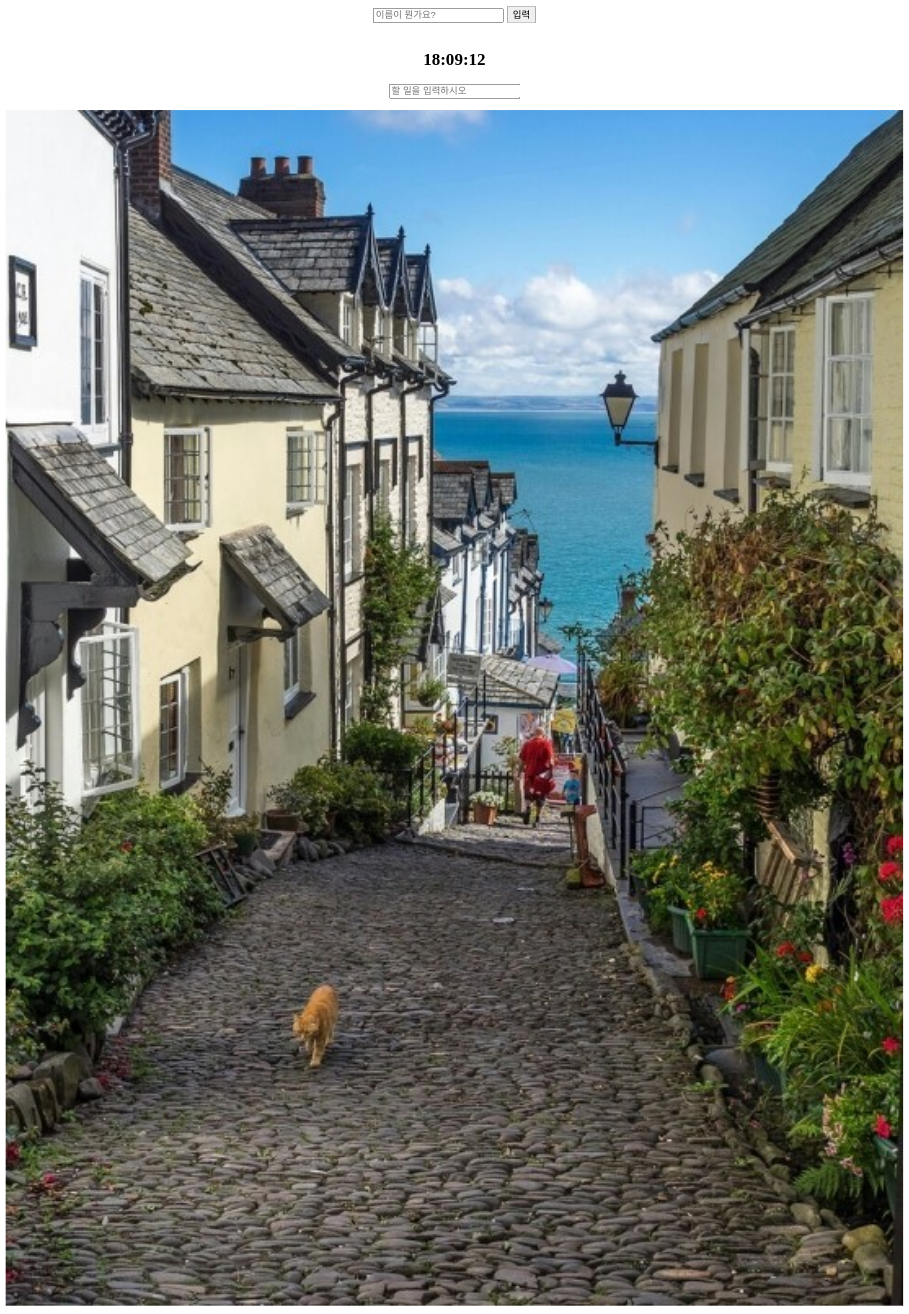
Repository: jun01270/F-E-practice
Page: index.html
These files come from the project's save history. The page is drawn as it stood at one moment and after the next save; the edit follows.
The browser window is 1280 px wide. The pictures show the whole page, at 71% of full size.

Above is the page before, as saved 2023-01-09 18:24:44.
Console error: TypeError: Cannot read properties of null (reading 'addEventListener')

### index.html
<!DOCTYPE html>
<html lang="en">
  <head>
    <meta charset="UTF-8" />
    <meta http-equiv="X-UA-Compatible" content="IE=edge" />
    <meta name="viewport" content="width=device-width, initial-scale=1.0" />
    <link rel="stylesheet" href="/css/style.css" />
    <title>Document</title>
  </head>
  <body>
    <div id="wrapper">
      <form id="userName-form" class="hidden">
        <input required type="text" placeholder="이름이 뭔가요?" />
        <input type="submit" value="입력" />
      </form>
      <br />
      <h2 id="clock">00:00:00</h2>
      <form id="todo-form">
        <input type="text" placeholder="할 일을 입력하시오" />
      </form>
      <ul id="todo-list"></ul>
      <div id="quote">
        <span></span>
        <span></span>
      </div>
    </div>
    <script src="/js/greeting.js"></script>
    <script src="/js/clock.js"></script>
    <script src="/js/quotes.js"></script>
    <script src="/js/background.js"></script>
    <script src="js/todo.js"></script>
    <script src="/js/weather.js"></script>
  </body>
</html>

### css/style.css
.hidden {
  display: none;
}

#background {
  width: 100%;
  height: 100%;
}

#wrapper {
  text-align: center;
}

### js/greeting.js
const userNameBtn = document.querySelector("#userName-form submit");
const userName = document.querySelector("#userName-form input");
const loginForm = document.querySelector("#userName-form");
const firstH1 = document.getElementById("result");
const SavedUserName = localStorage.getItem("username");
const HIDDEN_CLASSNAME = "hidden";
const toStart = document.querySelector("button.boom");

function loginResult(e) {
  e.preventDefault();
  loginForm.classList.add(HIDDEN_CLASSNAME);
  const userName1 = userName.value;
  localStorage.setItem("username", userName1);
  paintUserName();
}

function paintUserName() {
  const userName1 = localStorage.getItem("username");
  firstH1.innerText = `Hello ${userName1}`;
  firstH1.classList.remove(HIDDEN_CLASSNAME);
}

if (SavedUserName === null) {
  loginForm.classList.remove(HIDDEN_CLASSNAME);
  loginForm.addEventListener("submit", loginResult);
} else {
  paintUserName();
}

function deleteUserName() {
  localStorage.removeItem("username");
  location.reload();
}

toStart.addEventListener("click", deleteUserName);
console.log(toStart.className);

### js/clock.js
const clock = document.querySelector("h2#clock");

function getClock() {
  const date = new Date();
  let Hours = String(date.getHours()).padStart(2, "0");
  let Minutes = String(date.getMinutes()).padStart(2, "0");
  let Seconds = String(date.getSeconds()).padStart(2, "0");
  // console.log(`${date.getHours()}:${date.getMinutes()}:${date.getSeconds()}`);
  clock.innerText = `${Hours}:${Minutes}:${Seconds}`;
}

getClock();
setInterval(getClock, 1000);

### js/quotes.js
const quotes = [
  {
    quote: "삶이 있는 한 희망은 있다",
    author: "-키케로",
  },
  {
    quote: "산다는것 그것은 치열한 전투이다.",
    author: "-로망로랑",
  },
  {
    quote: "하루에 3시간을 걸으면 7년 후에 지구를 한바퀴 돌 수 있다. ",
    author: "-사무엘존슨",
  },
  {
    quote: "언제나 현재에 집중할수 있다면 행복할것이다. ",
    author: "-파울로 코엘료",
  },
  {
    quote:
      "진정으로 웃으려면 고통을 참아야하며 , 나아가 고통을 즐길 줄 알아야 해 ",
    author: "-찰리 채플린",
  },
  {
    quote: "직업에서 행복을 찾아라. 아니면 행복이 무엇인지 절대 모를 것이다 ",
    author: "-엘버트 허버드",
  },
  {
    quote: "신은 용기있는자를 결코 버리지 않는다 ",
    author: "-켄러",
  },
  {
    quote:
      "행복의 문이 하나 닫히면 다른 문이 열린다 그러나 우리는 종종 닫힌 문을 멍하니 바라보다가 우리를 향해 열린 문을 보지 못하게 된다 ",
    author: "–헬렌켈러",
  },
  {
    quote: "피할수 없으면 즐겨라 ",
    author: "–로버트 엘리엇",
  },
];
const quoteCount = quotes.length;
const quote = document.querySelector("#quote span:first-child");
const author = document.querySelector("#quote span:last-child");
const todaysQuote = quotes[Math.floor(Math.random() * quoteCount)];

function showQuote() {
  console.log(quotes[Math.floor(Math.random() * quoteCount)]);
  quote.innerText = todaysQuote.quote;
  author.innerText = todaysQuote.author;
}

// setInterval(showQuote, 1000);

### js/background.js
const images = ["flower.jpg", "street.jpg", "tree.jpg"];
const chosenImage = images[Math.floor(Math.random() * images.length)];
const bgImage = document.createElement("img");
bgImage.id = "background";

bgImage.src = `img/${chosenImage}`;

document.body.appendChild(bgImage);

### js/todo.js
const toDoForm = document.getElementById("todo-form");
const toDoInput = document.querySelector("#todo-form input");
const toDoLi = document.querySelector("#todo-list li");
const toDoList = document.getElementById("todo-list");
const TODOS_KEY = "todos";
let toDos = [];

function saveToDoLists() {
  localStorage.setItem(TODOS_KEY, JSON.stringify(toDos));
}

function deleteToDo(e) {
  const todoLi = e.target.parentNode;
  todoLi.remove();
  const cleanToDos = toDos.filter((toDo) => toDo.id !== todoLi.id);
  toDos = cleanToDos;
  saveToDoLists();
}

function paintToDo(newToDoObj) {
  const listOfToDo = document.createElement("div");
  listOfToDo.id = newToDoObj.Id;
  const span = document.createElement("span");
  span.innerText = newToDoObj.text;
  const deleteButton = document.createElement("button");
  deleteButton.innerText = "X";
  deleteButton.addEventListener("click", deleteToDo);
  listOfToDo.appendChild(span);
  listOfToDo.appendChild(deleteButton);
  toDoList.appendChild(listOfToDo);
}

function handleToDoSubmit(e) {
  e.preventDefault();
  const newToDo = toDoInput.value;
  toDoInput.value = "";
  const newToDoObj = {
    text: newToDo,
    id: toDos.length + 1,
  };
  toDos.push(newToDoObj);
  paintToDo(newToDoObj);
  saveToDoLists();
}

toDoForm.addEventListener("submit", handleToDoSubmit);

const getToDo = localStorage.getItem(TODOS_KEY);
if (getToDo !== null) {
  const parseToDo = JSON.parse(getToDo);
  toDos = parseToDo;
  parseToDo.forEach(paintToDo);
}

### js/weather.js
const API_KEY = "fbf7375beaa21a73574692bdaef4a2e7";

function onGeoSuc(position) {
  const lat = position.coords.latitude;
  const lon = position.coords.longitude;
  console.log("Your position is", lat, lon);
  const url = `https://api.openweathermap.org/geo/1.0/reverse?lat=${lat}&lon=${lon}&limit={limit}&appid=${API_KEY}`;
  console.log(url);
}

function onGeoErr() {
  alert("위치를 찾을 수 없습니다.");
}
navigator.geolocation.getCurrentPosition(onGeoSuc, onGeoErr);

After the next save:
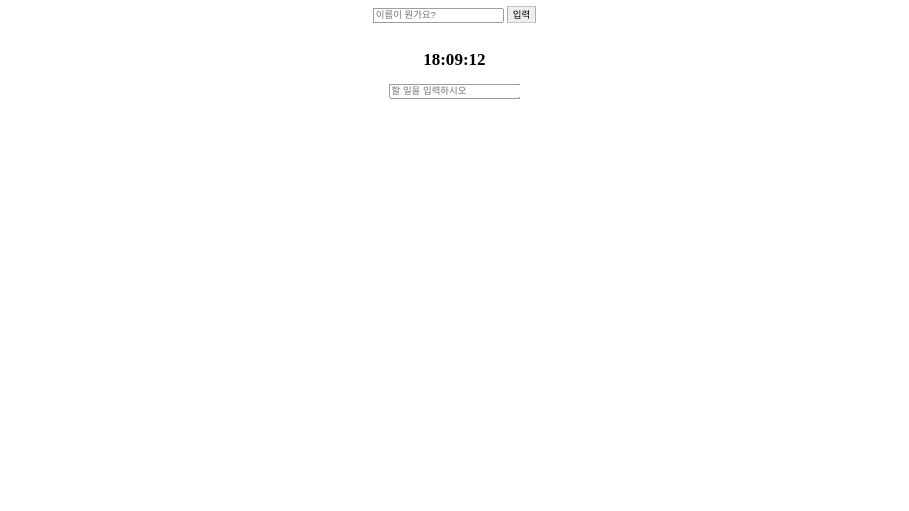
Saved 63 s later.
--- a/js/background.js
+++ b/js/background.js
@@ -1,8 +1,10 @@
 const images = ["flower.jpg", "street.jpg", "tree.jpg"];
 const chosenImage = images[Math.floor(Math.random() * images.length)];
 const bgImage = document.createElement("img");
+const content = document.getElementsById("wrapper");
 bgImage.id = "background";
 
 bgImage.src = `img/${chosenImage}`;
 
 document.body.appendChild(bgImage);
+document.body.bgImage.appendChild(content);

After the save that followed:
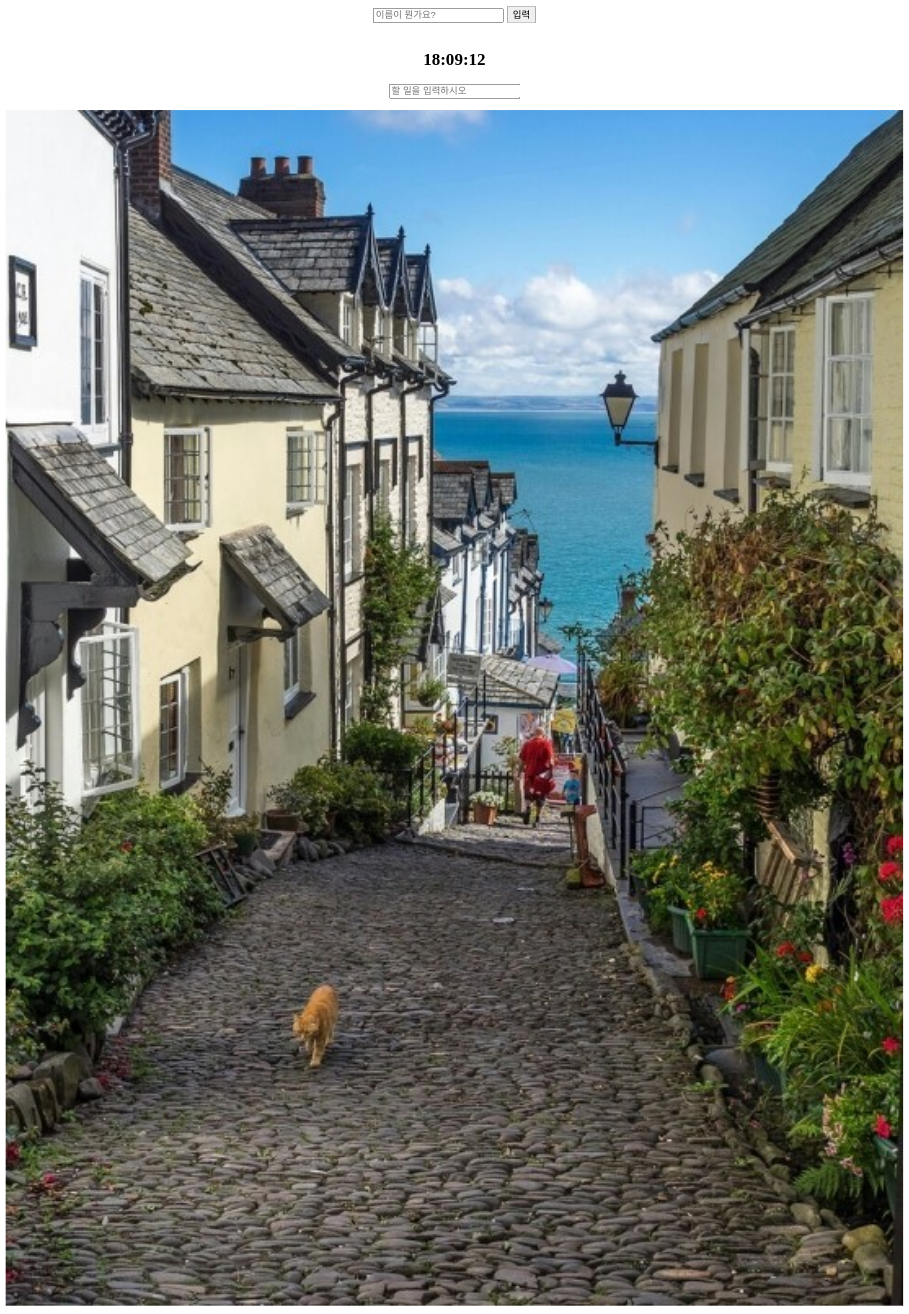
Saved 15 s later.
--- a/js/background.js
+++ b/js/background.js
@@ -1,7 +1,7 @@
 const images = ["flower.jpg", "street.jpg", "tree.jpg"];
 const chosenImage = images[Math.floor(Math.random() * images.length)];
 const bgImage = document.createElement("img");
-const content = document.getElementsById("wrapper");
+const content = document.getElementById("wrapper");
 bgImage.id = "background";
 
 bgImage.src = `img/${chosenImage}`;
